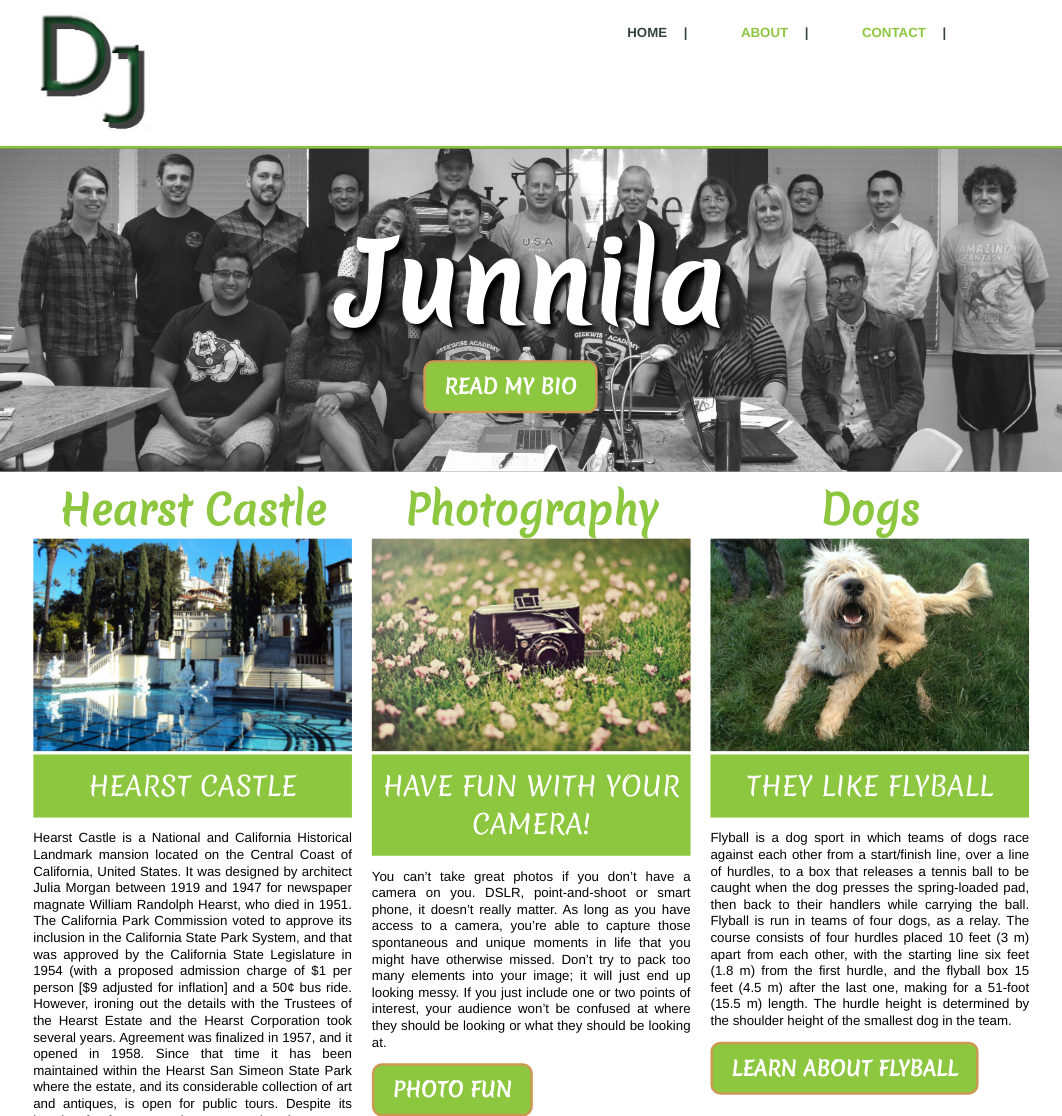
Repository: denajunnila/denaj
Page: index.html
The author's editor kept a record of every edit. The page is drawn from the files as they stood at one moment, then again after the next edit.
The browser window is 1280 px wide. The pictures show the part of the page from y = 0 to 1345 px (the page is 2059 px tall before and 1911 px after), at 83% of full size.
A picture or video elsewhere on the page could not be fetched, so the positions and the page height are approximate.

Above is the page before.

After the next edit:
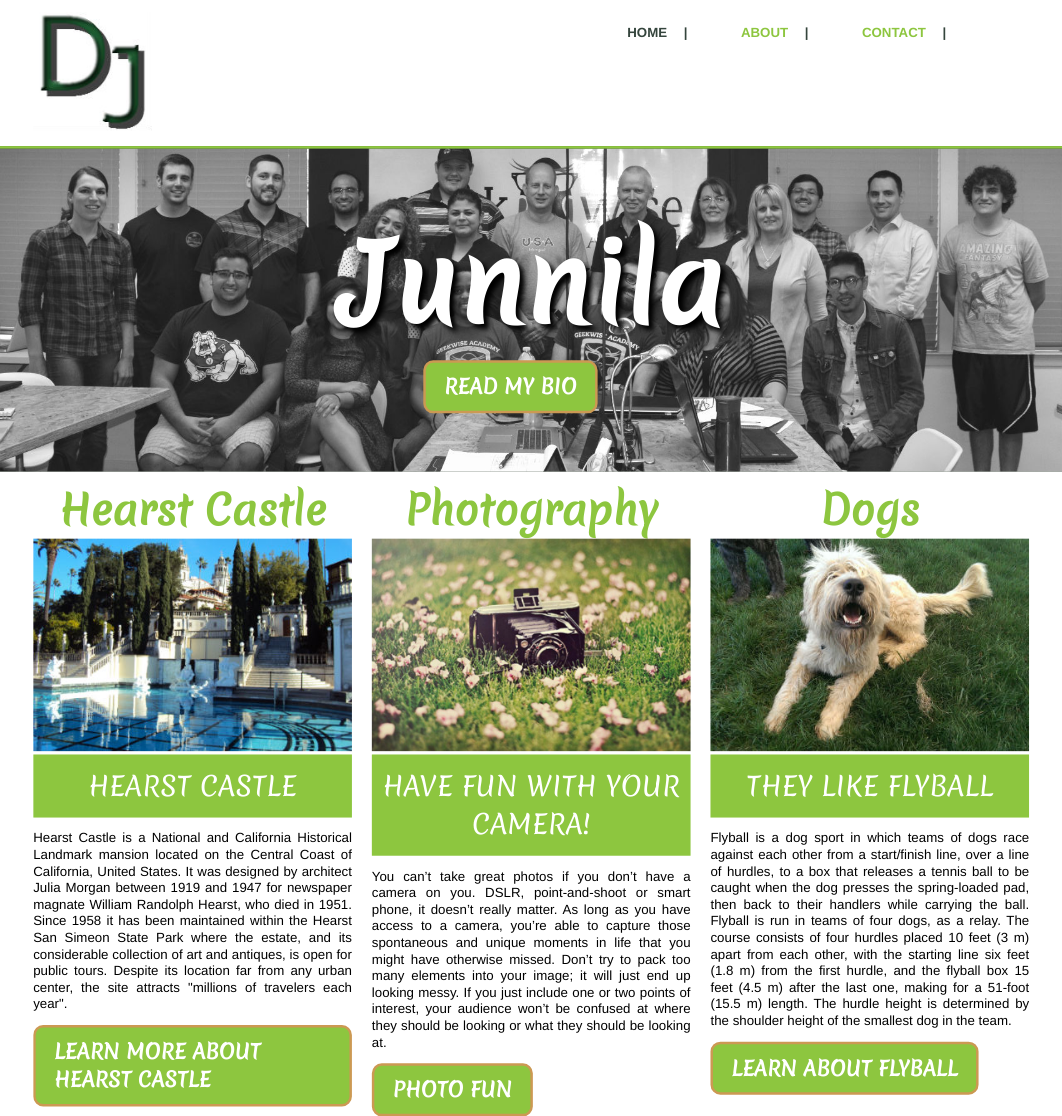
The edit:
--- a/index.html
+++ b/index.html
@@ -47,7 +47,7 @@
                     <a href="http://hearstcastle.org/" target="_blank"><img src="images/hearstCastle.jpg" alt="Hearst Castle" title="Picture of Hearst Pool."/></a>
                     <span>Hearst Castle</span>
                 </div>
-                <p>Hearst Castle is a National and California Historical Landmark mansion located on the Central Coast of California, United States. It was designed by architect Julia Morgan between 1919 and 1947 for newspaper magnate William Randolph Hearst, who died in 1951. The California Park Commission voted to approve its inclusion in the California State Park System, and that was approved by the California State Legislature in 1954 (with a proposed admission charge of $1 per person [$9 adjusted for inflation] and a 50¢ bus ride. However, ironing out the details with the Trustees of the Hearst Estate and the Hearst Corporation took several years. Agreement was finalized in 1957, and it opened in 1958. Since that time it has been maintained within the Hearst San Simeon State Park where the estate, and its considerable collection of art and antiques, is open for public tours. Despite its location far from any urban center, the site attracts "millions of travelers each year".</p>
+                <p>Hearst Castle is a National and California Historical Landmark mansion located on the Central Coast of California, United States. It was designed by architect Julia Morgan between 1919 and 1947 for newspaper magnate William Randolph Hearst, who died in 1951. Since 1958 it has been maintained within the Hearst San Simeon State Park where the estate, and its considerable collection of art and antiques, is open for public tours. Despite its location far from any urban center, the site attracts "millions of travelers each year".</p>
                 <a href="http://hearstcastle.org/" target="_blank" class="button" title="Hearst Castle">Learn More about Hearst Castle</a>
             </article>
             <!--COLUMN (A) ENDS HERE-->
